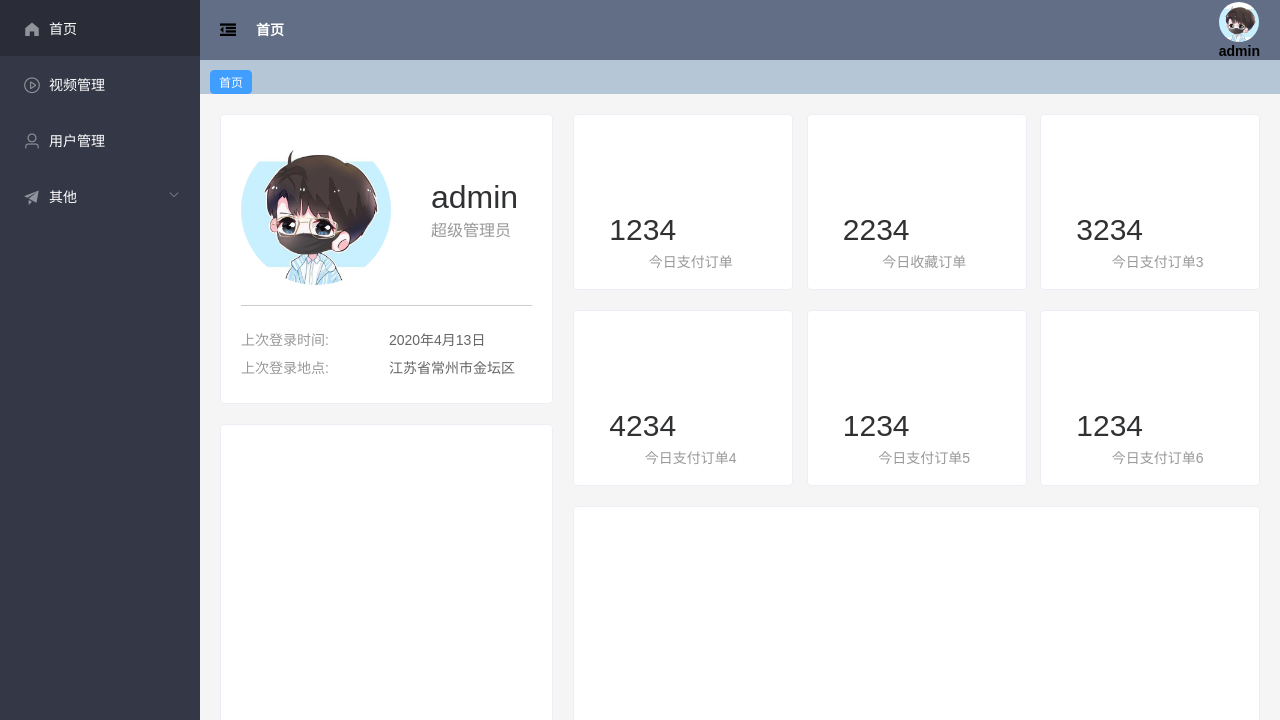
Repository: coWhy/vue-manage
Page: /
An editor plug-in stored every save of this project. The page is shown before and after the next save, followed by the edit.
The browser window is 1280 px wide. The pictures show the whole page.
An inner scrolling area shows only its first screen. The project was rebuilt for these pictures with package versions that can differ from the ones it lists, and the page was loaded fresh each time. Also part of the build but not shown: vue.config.js.

Above is the page before, as saved 2020-04-13 23:39:56.

After the next save:
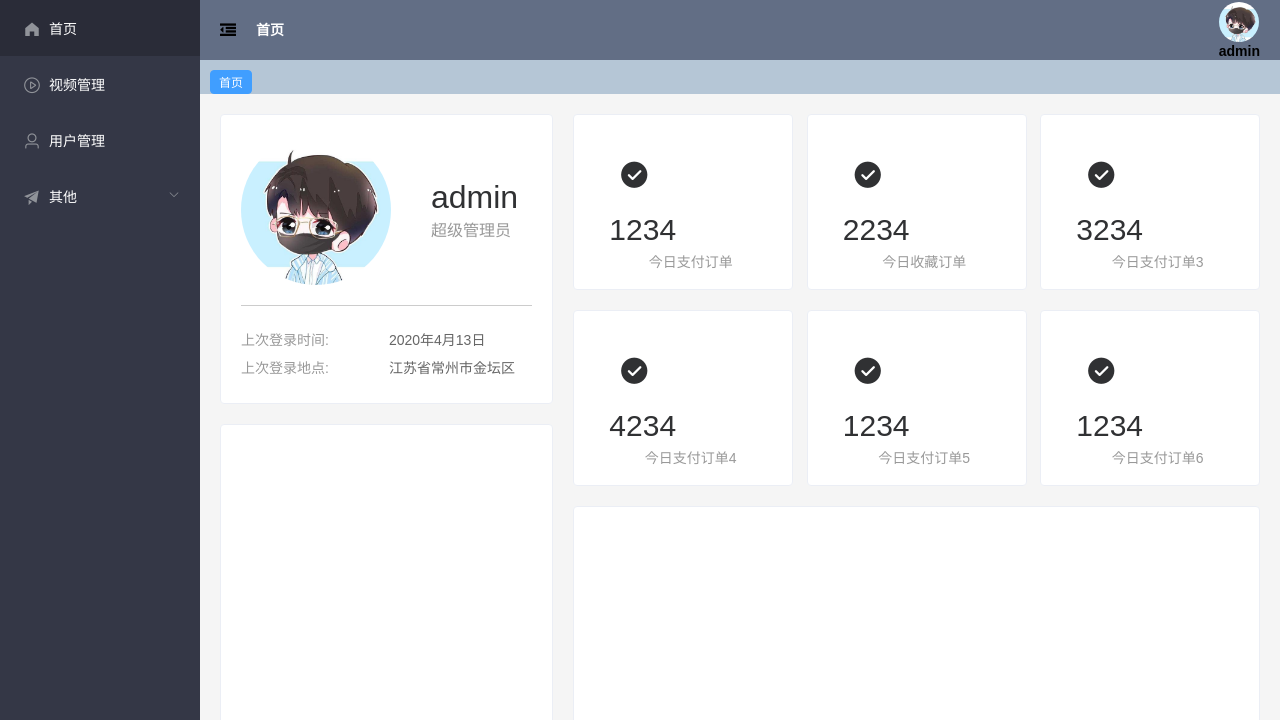
Saved 47 s later.
--- a/src/assets/scss/home.scss
+++ b/src/assets/scss/home.scss
@@ -46,7 +46,7 @@
       height: 80px;
       text-align: center;
       line-height: 80px;
-      color: #fff;
+      // color: #fff;
     }
     .detail {
       margin-left: 15px;
